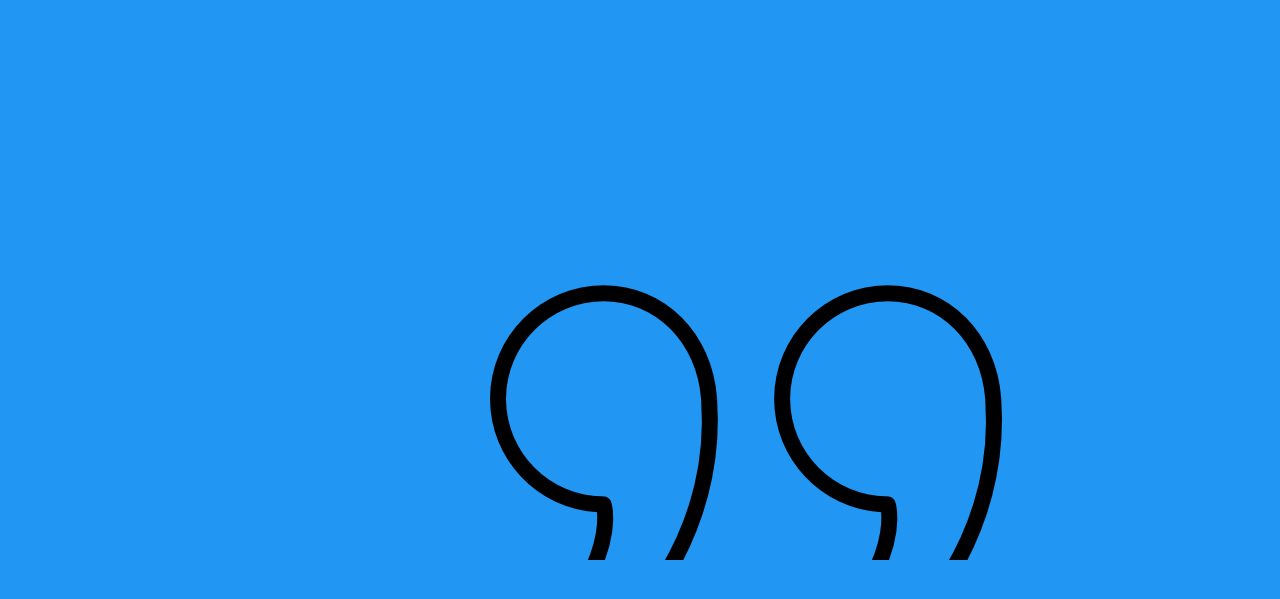
Repository: honghyunAhn/DailyFront
Page: Day210209_Responsive_Client_Testimonial_Section/index.html
These files come from the project's save history. The page is drawn as it stood at one moment and after the next save; the edit follows.
The browser window is 1280 px wide. The pictures show the whole page.

Above is the page before, as saved 2021-02-09 21:29:04.

After the next save:
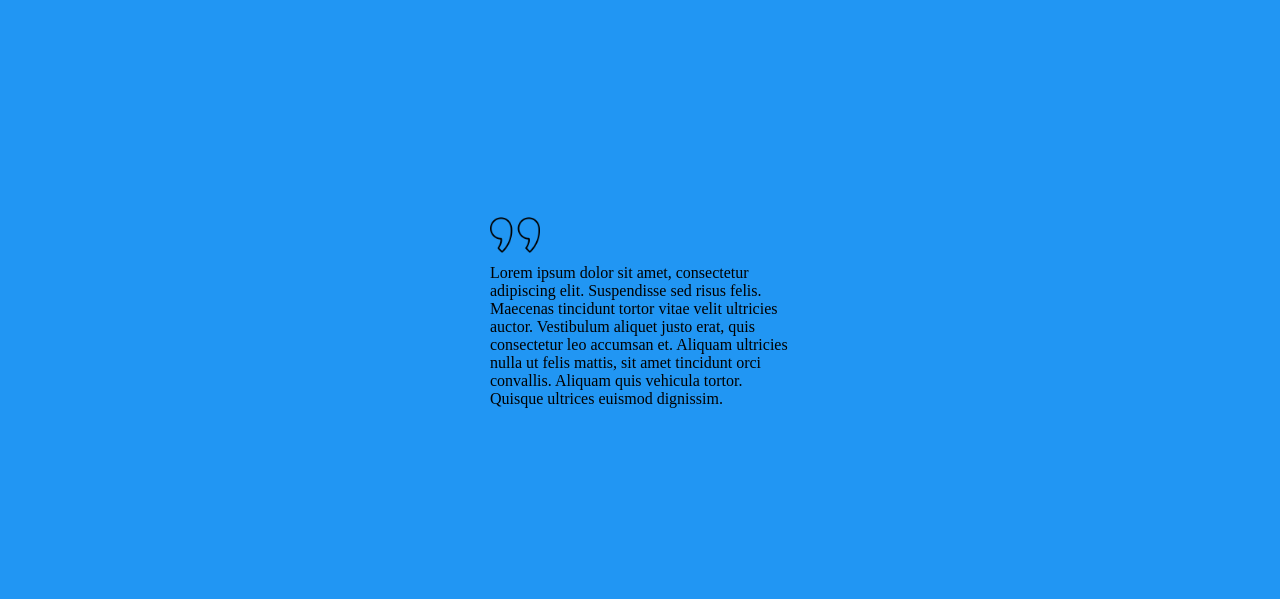
Saved 6 min 32 s later.
--- a/Day210209_Responsive_Client_Testimonial_Section/index.html
+++ b/Day210209_Responsive_Client_Testimonial_Section/index.html
@@ -14,7 +14,7 @@
             <div class="swiper-wrapper">
                 <div class="swiper-slide">
                     <div class="testimonialBox">
-                        <img src="img/quote.png" class="quote">
+                        <img src="img/quote.png" height="50px" class="quote">
                         <div class="content">
                             <p>Lorem ipsum dolor sit amet, consectetur adipiscing elit.
                                 Suspendisse sed risus felis. Maecenas tincidunt tortor
